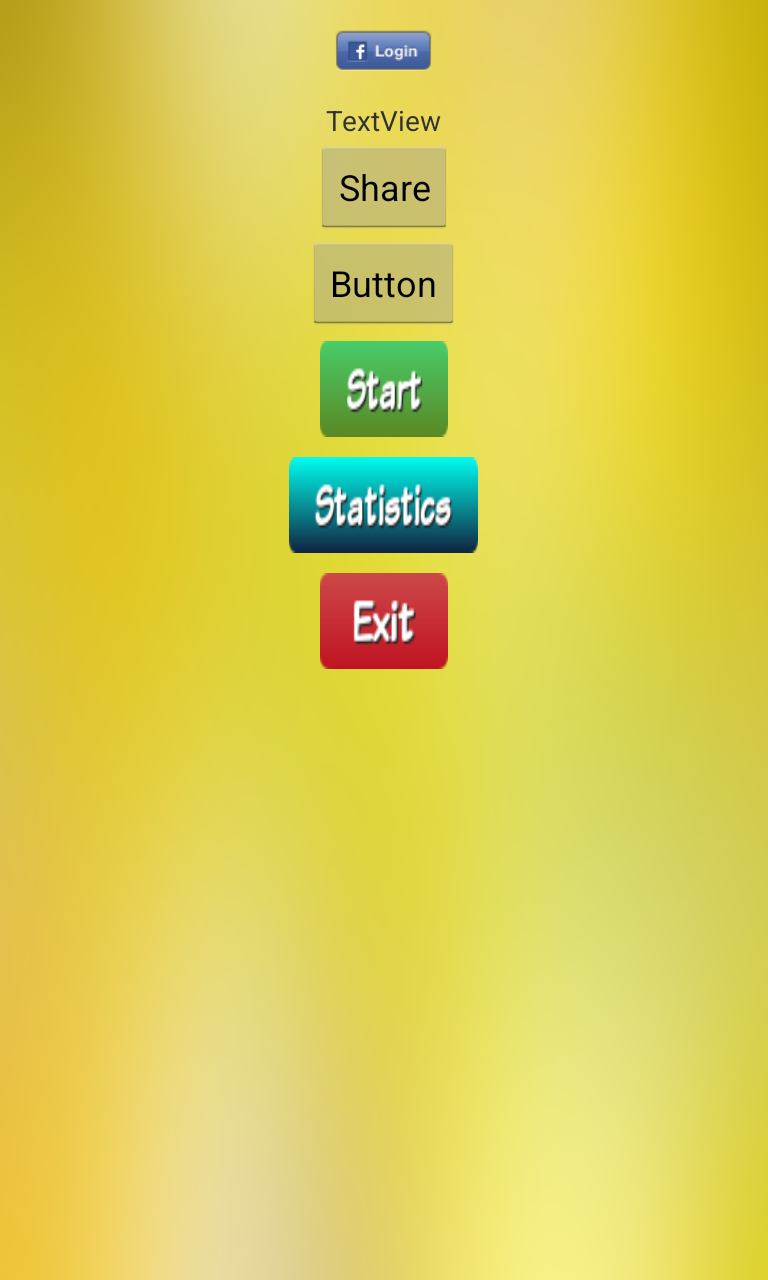
Repository: kingstonbg/workspaceAndroid
Layout: TaxiRoute/res/layout/activity_main_menu.xml
These files come from the project's save history. The layout is drawn as it stood at one moment and after the next save; the edit follows.
It is drawn on a 768 x 1280 px phone screen (xhdpi) without system bars, with theme AppTheme; the app's code is not run.

Above is the layout before, as saved 2013-02-18 14:19:06.

### TaxiRoute/res/layout/activity_main_menu.xml
<?xml version="1.0" encoding="utf-8"?>
<LinearLayout xmlns:android="http://schemas.android.com/apk/res/android"
    android:layout_width="match_parent"
    android:layout_height="match_parent"
    android:background="@drawable/bgtest"
    android:gravity="center_horizontal"
    android:orientation="vertical" >

    <ImageView
        android:id="@+id/buttonFb"
        android:layout_width="wrap_content"
        android:layout_height="wrap_content"
        android:layout_margin="15dp"
        android:src="@drawable/login_button" />

    <TextView
        android:id="@+id/login_status"
        android:layout_width="wrap_content"
        android:layout_height="wrap_content"
        android:text="TextView" />

    <Button
        android:id="@+id/share"
        android:layout_width="wrap_content"
        android:layout_height="wrap_content"
        android:text="Share" />

    <Button
        android:id="@+id/button1"
        android:layout_width="wrap_content"
        android:layout_height="wrap_content"
        android:text="Button" />

    <Button
        android:id="@+id/buttonStart"
        android:layout_width="wrap_content"
        android:layout_height="wrap_content"
        android:layout_margin="5dp"
        android:background="@drawable/buttonstart" />


    <Button
        android:id="@+id/buttonStatistics"
        android:layout_width="wrap_content"
        android:layout_height="wrap_content"
        android:layout_margin="5dp"
        android:background="@drawable/buttonstatistics" />


    <Button
        android:id="@+id/buttonExit"
        android:layout_width="wrap_content"
        android:layout_height="wrap_content"
        android:layout_marginTop="5dp"
        android:background="@drawable/buttonexit" />

</LinearLayout>

### TaxiRoute/res/drawable-hdpi/login_button.xml
<?xml version="1.0" encoding="utf-8"?>
<!--
    Copyright 2012 Facebook

    Licensed under the Apache License, Version 2.0 (the "License");
    you may not use this file except in compliance with the License.
    You may obtain a copy of the License at

       http://www.apache.org/licenses/LICENSE-2.0

    Unless required by applicable law or agreed to in writing, software
    distributed under the License is distributed on an "AS IS" BASIS,
    WITHOUT WARRANTIES OR CONDITIONS OF ANY KIND, either express or implied.
    See the License for the specific language governing permissions and
    limitations under the License.
-->

<selector xmlns:android="http://schemas.android.com/apk/res/android">
	<item android:state_pressed="true" android:drawable="@drawable/login_down" />
	<item android:drawable="@drawable/login" /> <!-- default -->
</selector>

Loaded but not shown: TaxiRoute/res/values/styles.xml (common file); TaxiRoute/res/values-v11/styles.xml (common file); TaxiRoute/res/values-v14/styles.xml (common file)

After the next save:
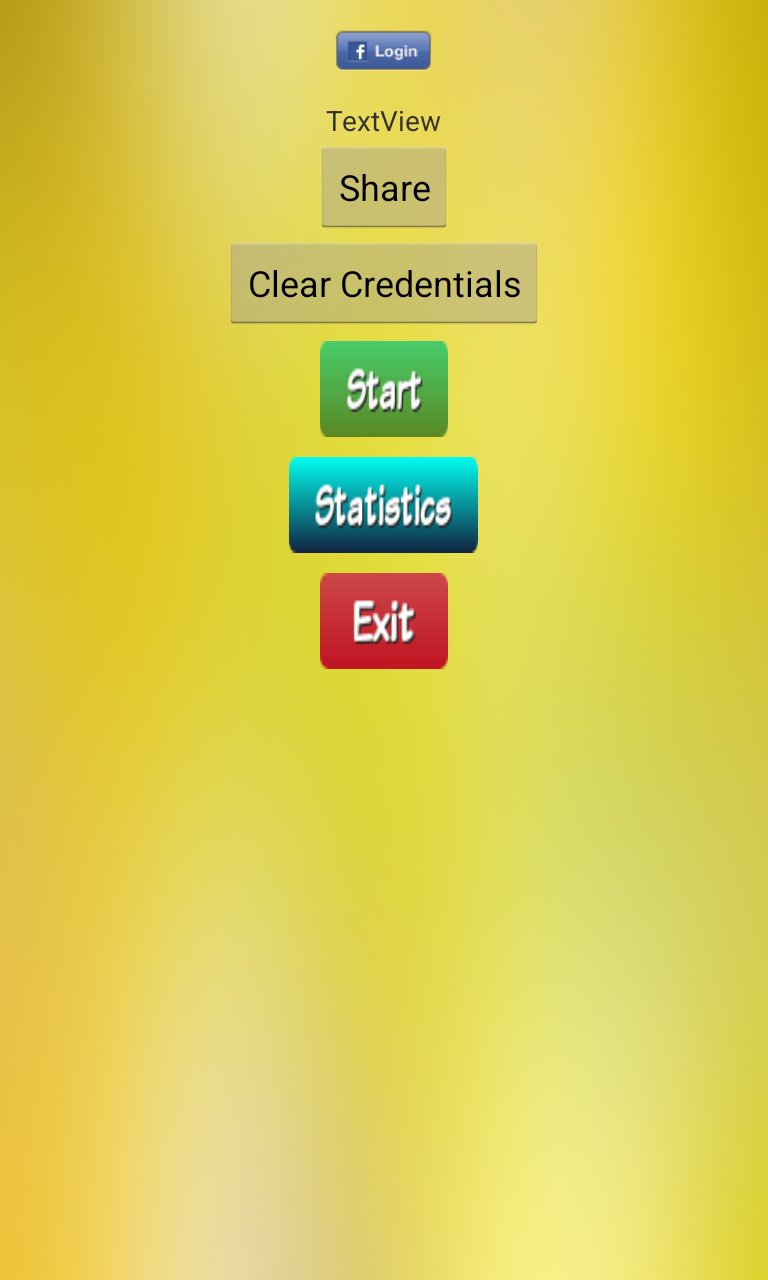
Saved 24 s later.
--- a/TaxiRoute/res/layout/activity_main_menu.xml
+++ b/TaxiRoute/res/layout/activity_main_menu.xml
@@ -26,10 +26,10 @@
         android:text="Share" />
 
     <Button
-        android:id="@+id/button1"
+        android:id="@+id/btn_clear_credentials"
         android:layout_width="wrap_content"
         android:layout_height="wrap_content"
-        android:text="Button" />
+        android:text="Clear Credentials" />
 
     <Button
         android:id="@+id/buttonStart"
